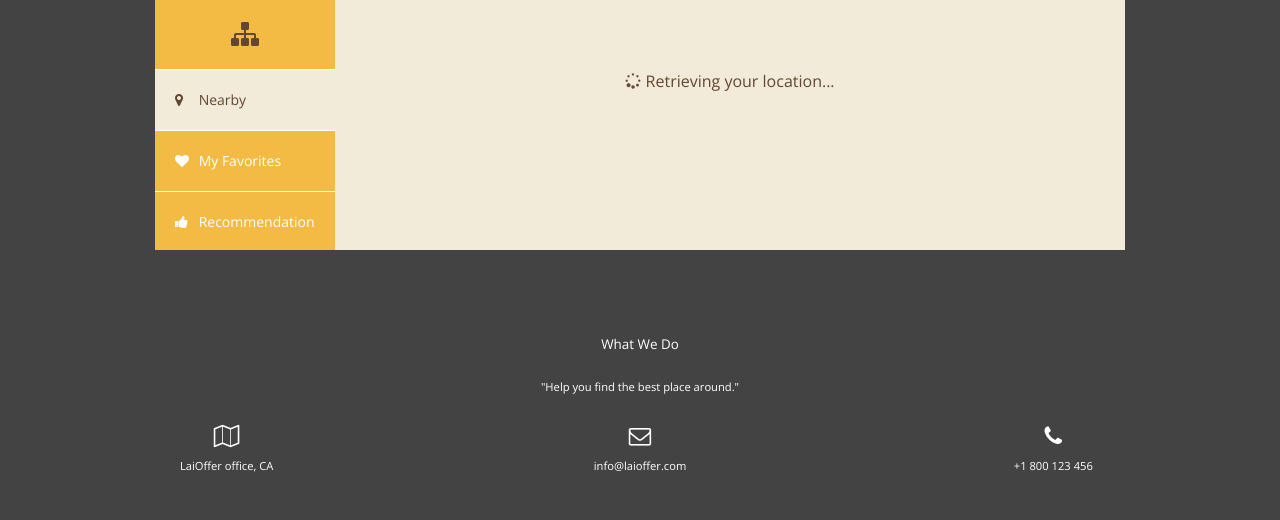
Repository: halonahan/Recommendation-Resful-Server
Page: http://localhost/Titan/
The author's editor kept a copy of each file at every save. The page is drawn from the files as they stood at one save, then again after a run of saves.
The browser window is 1280 px wide. The pictures show the part of the page from y = 310 to 830 px (the page is 830 px tall).
Pictures or frames that could not be fetched are drawn as grey boxes. The page is served by Tomcat 9.

Above is the page before, as saved 2017-10-22 22:50:23.

After the next 2 saves:
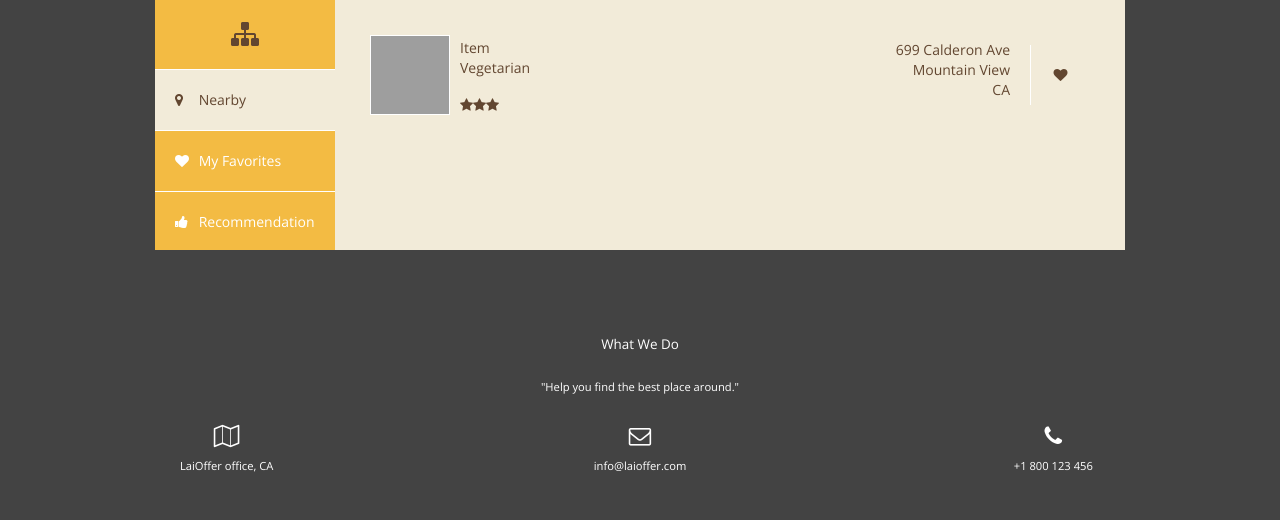
Console error: SyntaxError: Unexpected token ')'
The 2 saves are shown as one change because they came seconds apart.
The last was saved 17 min 13 s later.
--- a/Titan/WebContent/scripts/main.js
+++ b/Titan/WebContent/scripts/main.js
@@ -141,7 +141,8 @@
 			className : 'item-address'
 		});
 
-		address.innerHTML = item.address.replace(/,/g, '<br/>').replace(/\"/g,
+		var addressHtML = item.address + "<br/>" + item.city;
+		//address.innerHTML = item.address.replace(/,/g, '<br/>').replace(/\"/g,
 				'');
 		li.appendChild(address);
 

After the 3 saves that followed:
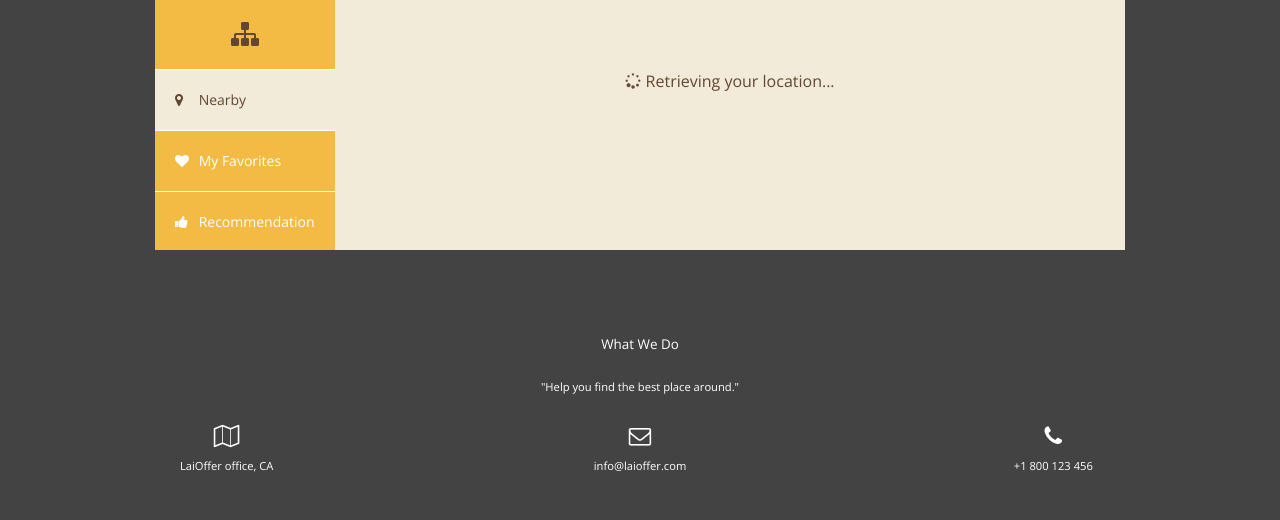
The error is gone.
The 3 saves are shown as one change because 2 left the picture as it was.
The last was saved 35 s later.
--- a/Titan/WebContent/scripts/main.js
+++ b/Titan/WebContent/scripts/main.js
@@ -141,9 +141,10 @@
 			className : 'item-address'
 		});
 
-		var addressHtML = item.address + "<br/>" + item.city;
+		var addressHTML = item.address + "<br/>" + item.city;
+		address.innerHTL = addressHTML;
 		//address.innerHTML = item.address.replace(/,/g, '<br/>').replace(/\"/g,
-				'');
+	//			'');
 		li.appendChild(address);
 
 		// favorite link
